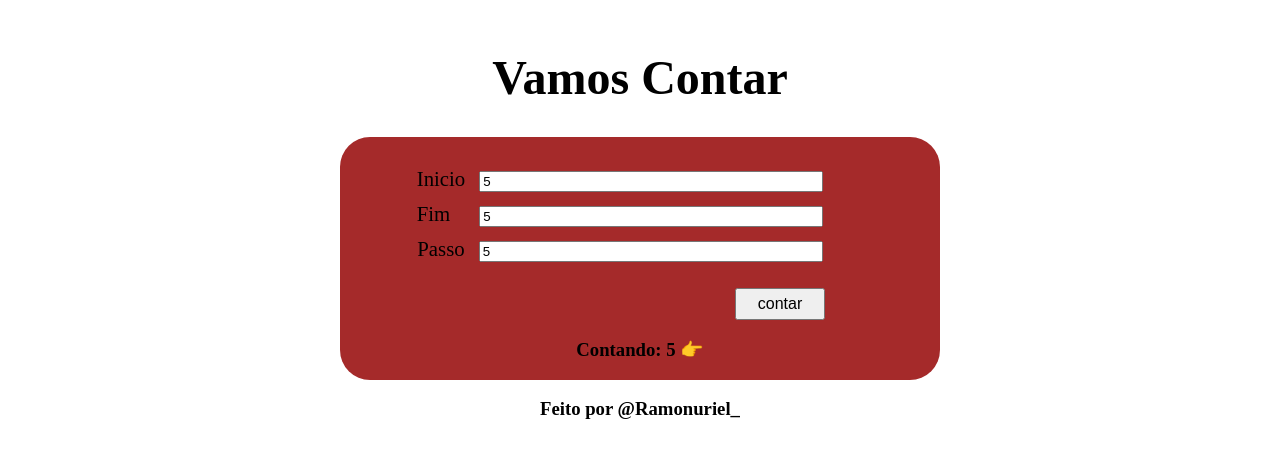
Repository: Ramonuriel/JS-Projetos
Page: Contador automatico/exercicio.html
An editor plug-in stored every save of this project. The page is shown before and after a run of saves, followed by the edit.
The browser window is 1280 px wide. The pictures show the whole page.
Empty fields were first filled with sample values (such as "Sample", 5 or name@example.com).
After loading, the first visible `input.btn` was clicked once.

Above is the page before, as saved 2022-12-27 21:24:45.

After the next 4 saves:
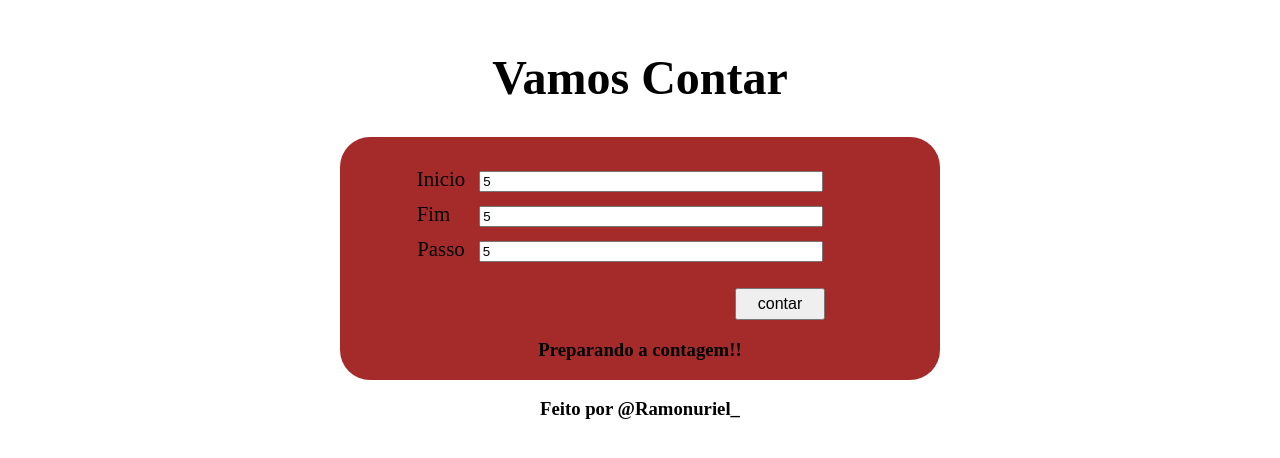
Console error: SyntaxError: Unexpected token '}'
The 4 saves are shown as one change because they came seconds apart.
The last was saved 33 s later.
--- a/Contador automatico/exercicio.js
+++ b/Contador automatico/exercicio.js
@@ -18,7 +18,7 @@ function contar() {
 
     if (p <= 0) {
       alert('Passo invalido')
-      res.iner
+      res.innerHTML +=
     }
 
     if (i < f)
